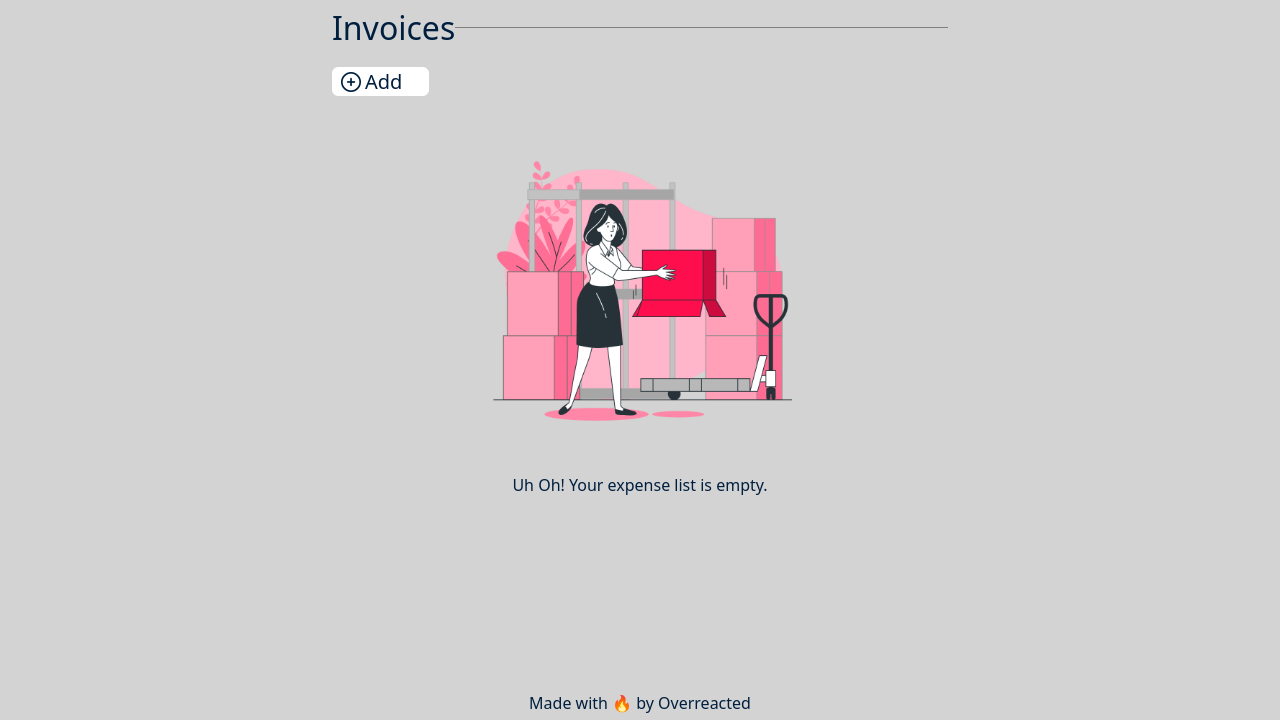
Repository: om1ars/task3
Page: /
These files come from the project's save history. The page is drawn as it stood at one moment and after a run of saves; the edit follows.
The browser window is 1280 px wide. The pictures show the whole page.
Some web libraries are served in a nearby version. The project was rebuilt for these pictures with package versions that can differ from the ones it lists, and the page was loaded fresh each time. Also part of the build but not shown: src/constants/add-expense.js, src/components/add-form/add-form.css, src/components/add-form/success-modal.css, src/components/add-form/success-modal.js, src/components/add-form/index.js, src/pages/add-expense/add-expense.css, src/pages/add-expense/index.js, src/components/expense-list/card.css and 1 more.

Above is the page before, as saved 2021-12-18 14:43:46.

### public/index.html
<!DOCTYPE html>
<html lang="en">
  <head>
    <meta charset="utf-8" />
    <link rel="icon" href="%PUBLIC_URL%/favicon.ico" />
    <meta name="viewport" content="width=device-width, initial-scale=1" />
    <meta name="theme-color" content="#000000" />
    <meta name="description" content="SPA to track all your expenses" />
    <link rel="apple-touch-icon" href="%PUBLIC_URL%/logo192.png" />
    <!--
      manifest.json provides metadata used when your web app is installed on a
      user's mobile device or desktop. See https://developers.google.com/web/fundamentals/web-app-manifest/
    -->
    <link rel="manifest" href="%PUBLIC_URL%/manifest.json" />
    <link rel="preconnect" href="https://fonts.googleapis.com" />
    <link rel="preconnect" href="https://fonts.gstatic.com" crossorigin />
    <link
      href="https://fonts.googleapis.com/css2?family=Noto+Sans&display=swap"
      rel="stylesheet"
    />
    <link
      rel="stylesheet"
      href="https://cdn-uicons.flaticon.com/uicons-regular-rounded/css/uicons-regular-rounded.css"
    />
    <link
      rel="stylesheet"
      href="https://cdn.jsdelivr.net/gh/devicons/devicon@v2.12.0/devicon.min.css"
    />
    <title>Xpensr</title>
  </head>
  <body>
    <noscript>You need to enable JavaScript to run this app.</noscript>
    <div id="root"></div>
    <!--
      This HTML file is a template.
      If you open it directly in the browser, you will see an empty page.

      You can add webfonts, meta tags, or analytics to this file.
      The build step will place the bundled scripts into the <body> tag.

      To begin the development, run `npm start` or `yarn start`.
      To create a production bundle, use `npm run build` or `yarn build`.
    -->
  </body>
</html>

### src/index.js
import React from "react";
import ReactDOM from "react-dom";
import "./index.css";
import App from "./App";
import reportWebVitals from "./reportWebVitals";
import { Provider } from "react-redux";
import store from "./redux/store/index";

ReactDOM.render(
  <Provider store={store}>
    <App />
  </Provider>,
  document.getElementById("root")
);

// If you want to start measuring performance in your app, pass a function
// to log results (for example: reportWebVitals(console.log))
// or send to an analytics endpoint. Learn more: https://bit.ly/CRA-vitals
reportWebVitals();

### src/index.css
body {
  margin: 0;
  font-family: "Noto Sans", sans-serif;
  -webkit-font-smoothing: antialiased;
  -moz-osx-font-smoothing: grayscale;
  background-color: lightgray;
  color: #001f3f;
}
a {
  text-decoration: none;
  color: #001f3f;
}
.button {
  /* background: #71ccca; */
  box-shadow: 20px 20px 60px #60adac, -20px -20px 60px #82ebe8;
}
code {
  font-family: source-code-pro, Menlo, Monaco, Consolas, "Courier New",
    monospace;
}

### src/App.js
import React from "react";
import { BrowserRouter as Router, Route, Switch } from "react-router-dom";
import Footer from "./components/footer";
import Header from "./components/header";
import AddExpense from "./pages/add-expense";
import Home from "./pages/home/index";

const App = () => {
  return (
    <Router>
      <Header />
      <Switch>
        <Route path="/" exact component={Home} />
        <Route path="/add-expense" component={AddExpense} />
      </Switch>
      <Footer />
    </Router>
  );
};

export default App;

### src/redux/store/index.js
import { combineReducers, createStore } from "redux";
import { expenseReducer } from "../reducers/expenses";
const reducer = combineReducers({
  expenses: expenseReducer,
});
const initialState = {};
const store = createStore(reducer, initialState);

export default store;

### src/components/footer/index.js
import React from "react";
import "./footer.css";
const Footer = () => {
  return <footer>Made with 🔥 by Overreacted</footer>;
};

export default Footer;

### src/components/header/index.js
import React from "react";
import "./header.css";
const Header = () => {
  return (
    <div className="header-container">
      <div className="header" style={{ display: "flex", alignItems: "center" }}>
        <div className="header-logo">
          Invoices
        </div>
        <div
          style={{ height: "1px", width: "100%", backgroundColor: "gray" }}
        ></div>
      </div>
    </div>
  );
};

export default Header;

### src/pages/home/index.js
import React from "react";
import ExpenseList from "../../components/expense-list";
import Footer from "../../components/footer";
import Header from "../../components/header";
import TopFold from "../../components/top-fold";
import "./home.css";
const Home = () => {
  return (
    <div className="home">
      <TopFold />
      <ExpenseList />
    </div>
  );
};

export default Home;

### src/redux/reducers/expenses.js
import {
  ADD_EXPENSE,
  DELETE_EXPENSE,
  SEARCH_EXPENSE,
} from "../action-types/expenses";

const initialList = () => {
  const list = localStorage.getItem("expense-list");
  let expenses = [];
  if (list) {
    expenses = JSON.parse(list);
  }
  return expenses;
};
const initialState = {
  expenseList: initialList(),
  query: "",
};

export const expenseReducer = (state = initialState, action) => {
  switch (action.type) {
    case ADD_EXPENSE: {
      localStorage.setItem(
        "expense-list",
        JSON.stringify([...state.expenseList, action.data])
      );
      return {
        ...state,
        expenseList: [...state.expenseList, action.data],
        query: "",
      };
    }
    case DELETE_EXPENSE: {
      const { data } = action;
      const updatedList = state.expenseList.filter(
        (item) => item.createdAt !== data.createdAt
      );
      localStorage.setItem("expense-list", JSON.stringify(updatedList));
      return {
        ...state,
        expenseList: updatedList,
      };
    }
    case SEARCH_EXPENSE: {
      const { query } = action;
      return {
        ...state,
        query,
      };
    }
    default:
      return {
        ...state,
      };
  }
};

### src/components/footer/footer.css
footer {
  width: 100%;
  position: fixed;
  bottom: 0;
  display: flex;
  justify-content: center;
  align-items: center;
  padding-bottom: 6px;
}

### src/components/header/header.css
.header-container {
  width: 50%;
  margin: auto;
}
.header {
  display: flex;
  justify-content: space-between;
  align-items: center;
  flex: 1;
  margin: 6px 12px;
}
.header-logo {
  display: flex;
  align-items: center;
  font-size: 32px;
  font-weight: 500;
}
.header-logo i {
  display: flex;
  align-items: center;
  margin-left: 6px;
}

.header-button {
  font-size: 20px;
  display: flex;
  justify-content: center;
  align-items: center;
  border: 1px solid black;
  border-radius: 6px;
  padding: 0px 8px;
}
.header-button i {
  margin-right: 4px;
}

@media only screen and (max-width: 1024px) {
  .header-container {
    width: 90%;
  }
  .header-logo {
    font-size: 28px;
  }
  .header-button {
    font-size: 18px;
  }
}

@media only screen and (max-width: 512px) {
  .header-container {
    width: 100%;
  }
  .header-logo {
    font-size: 24px;
  }
  .header-button {
    font-size: 16px;
  }
}

### src/components/top-fold/index.js
import React, { useEffect, useState } from "react";
import { Link, useLocation } from "react-router-dom";
import "./top-fold.css";
import { useDispatch } from "react-redux";
import { searchExpense } from "../../redux/actions/expenses";
const TopFold = () => {
  const [query, setQuery] = useState("");
  const dispatch = useDispatch();
  const handleQuery = (e) => {
    setQuery(e.target.value);
    dispatch(searchExpense(e.target.value));
  };
  return (
    <div className="topfold">
      {window.location.pathname === "/" ? (
        <div className="home-topfold">
          {/* <div className="searchbar">
            <i class="fi-rr-search"></i>
            <input
              placeholder="Search for expenses"
              value={query}
              onChange={(e) => handleQuery(e)}
            />
          </div> */}
          <Link to="/add-expense">
            <div className="add-button" style={{width: '100%', backgroundColor: 'white'}}>
              <i class="fi-rr-add"></i>
              <label>Add</label>
            </div>
          </Link>
        </div>
      ) : (
        <div className="add-topfold">
          <Link to="/">
            <div className="add-topfold-button">
              <i class="fi-rr-angle-left"></i>
              <label>Back</label>
            </div>
          </Link>
          <Link to="/">
            <div className="add-topfold-button">
              <i class="fi-rr-cross-circle"></i>
              <label>Cancel</label>
            </div>
          </Link>
        </div>
      )}
    </div>
  );
};

export default TopFold;

### src/components/expense-list/index.js
import React, { useEffect, useState } from "react";
import { useSelector } from "react-redux";
import { toast, ToastContainer } from "react-toastify";
import Card from "./card";
import "./expense-list.css";
const ExpenseList = () => {
  const { expenseList: list, query } = useSelector((state) => state.expenses);
  const filteredList = list.filter((item) => item.title.includes(query));

  const notifySuccess = () => toast.success("Expense Deleted!");
  return (
    <div className="expense-list">
      <ToastContainer
        position="bottom-left"
        autoClose={1500}
        hideProgressBar={false}
        newestOnTop={false}
        closeOnClick
      />
      {filteredList.length ? (
        filteredList.map((item) => (
          <Card item={item} notifySuccess={notifySuccess} />
        ))
      ) : (
        <div className="empty-state">
          <img
            src={require("../../assets/images/empty.png").default}
            alt="No Expenses"
            className="empty-image"
          />
          <label>Uh Oh! Your expense list is empty.</label>
        </div>
      )}
    </div>
  );
};

export default ExpenseList;

### src/pages/home/home.css
.home {
  width: 50%;
  margin: auto;
}

@media only screen and (max-width: 1024px) {
  .home {
    width: 90%;
  }
}

@media only screen and (max-width: 512px) {
  .home {
    width: 100%;
  }
}

### src/redux/action-types/expenses.js
export const ADD_EXPENSE = "ADD_EXPENSE";

export const DELETE_EXPENSE = "DELETE_EXPENSE";

export const SEARCH_EXPENSE = "SEARCH_EXPENSE";

### src/redux/actions/expenses.js
import {
  ADD_EXPENSE,
  DELETE_EXPENSE,
  SEARCH_EXPENSE,
} from "../action-types/expenses";

export const addExpense = (data) => {
  return {
    type: ADD_EXPENSE,
    data,
  };
};

export const deleteExpense = (data) => {
  console.log(data, "Action");
  return {
    type: DELETE_EXPENSE,
    data,
  };
};

export const searchExpense = (query) => {
  console.log(query);
  return {
    type: SEARCH_EXPENSE,
    query,
  };
};

### src/components/top-fold/top-fold.css
.topfold {
  display: flex;
  justify-content: space-between;
  margin: 6px 12px;
  padding: 12px 0px;
  align-items: center;
}
.home-topfold {
  display: flex;
  justify-content: space-between;
  flex: 1;
}
.searchbar {
  display: flex;
  align-items: center;
  width: 50%;
  background-color: white;
  border-radius: 12px;
}
.searchbar input {
  width: 80%;
  outline: none;
  padding: 8px 0px;
  border: none;
  margin-left: 6px;
  background-color: white;
}

.searchbar i {
  display: flex;
  align-items: center;
  margin-left: 6px;
}

.add-button {
  display: flex;
  align-items: center;
  border-radius: 4px;
  border: 1px solid white;
  font-size: 20px;
  padding: 0px 8px;
  border-radius: 6px;
  cursor: pointer;
}

.add-button i {
  display: flex;
  align-items: center;
  margin-right: 4px;
}
.add-topfold {
  display: flex;
  justify-content: space-between;
  flex: 1;
}
.add-topfold-button {
  display: flex;
  align-items: center;
  font-size: 18px;
  cursor: pointer;
}
.add-topfold-button i {
  display: flex;
  align-items: center;
  margin-right: 4px;
}

@media only screen and (max-width: 1024px) {
  .add-button {
    font-size: 18px;
  }
  .searchbar {
    width: 70%;
  }
}

@media only screen and (max-width: 512px) {
  .add-button {
    font-size: 16px;
  }
}

### src/components/expense-list/expense-list.css
.expense-list {
  margin: 6px 12px;

  display: flex;
  flex-direction: column;
  flex: 1;
}
.empty-state {
  display: flex;
  justify-content: center;
  align-items: center;
  flex-direction: column;
}
.empty-image {
  height: 360px;
}

@media only screen and (max-width: 1024px) {
  .empty-image {
    height: 320px;
  }
}

@media only screen and (max-width: 512px) {
  .empty-image {
    height: 240px;
  }
}

Loaded but not shown: src/reportWebVitals.js (common file)

After the next 2 saves:
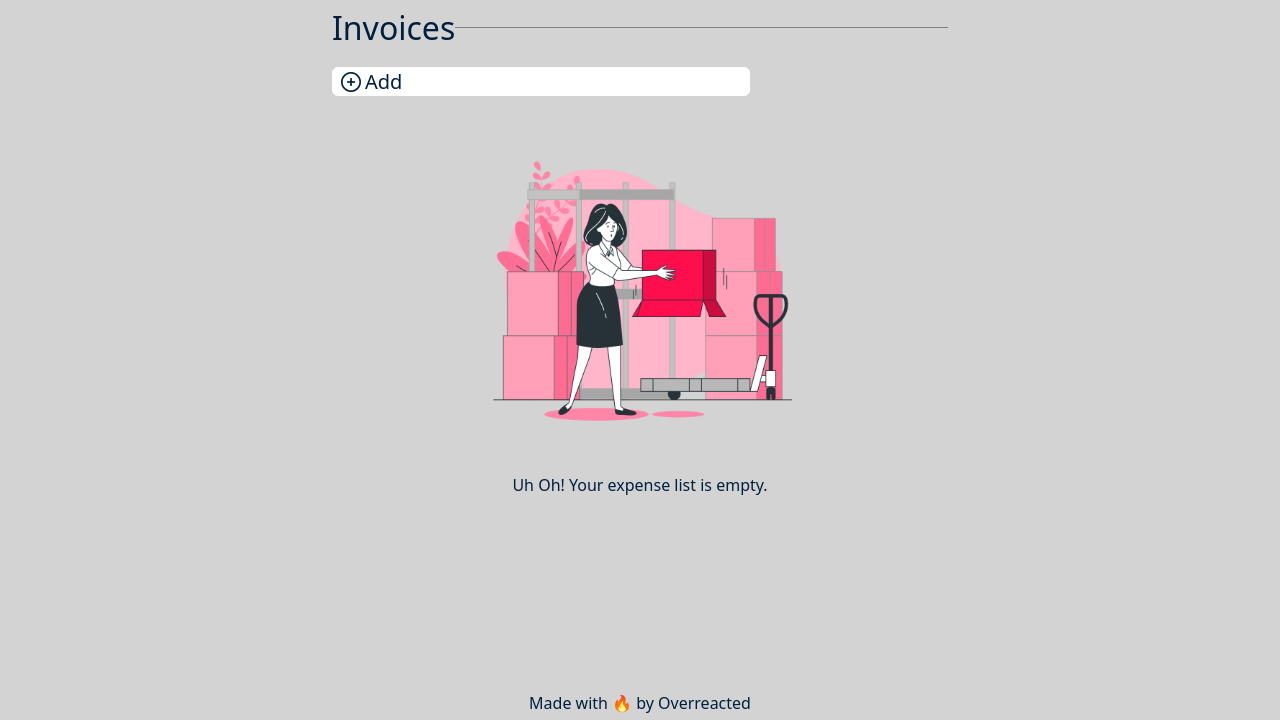
The 2 saves are shown as one change because they came seconds apart.
The last was saved 15 s later.
--- a/src/components/top-fold/index.js
+++ b/src/components/top-fold/index.js
@@ -23,7 +23,7 @@ const TopFold = () => {
             />
           </div> */}
           <Link to="/add-expense">
-            <div className="add-button" style={{width: '100%', backgroundColor: 'white'}}>
+            <div className="add-button" style={{width: '400px', backgroundColor: 'white'}}>
               <i class="fi-rr-add"></i>
               <label>Add</label>
             </div>
